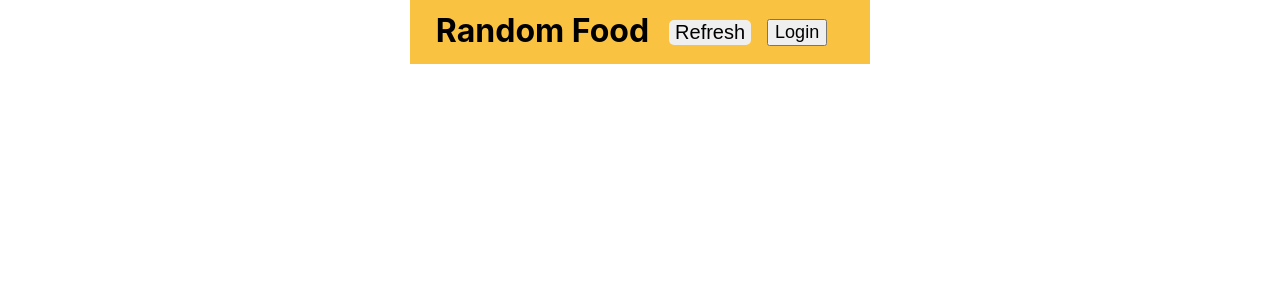
Repository: limjoohyun2030/random-food
Page: /random-food/home
These files come from the project's save history. The page is drawn as it stood at one moment and after the next save; the edit follows.
The browser window is 1280 px wide. The pictures show the whole page.
The page's requests for data from a server got no answer. The project was rebuilt for these pictures with package versions that can differ from the ones it lists, and the page was loaded fresh each time. A package was used in the major version that the imports need, not the one package.json lists. No one was signed in, and anything a server would have sent is missing. Also part of the build but not shown: src/components/food_detail/food_detail.module.css, src/components/food_detail/food_detail.jsx, src/components/food_item/food_item.module.css, src/components/food_item/food_item.jsx, src/components/login/login.module.css, src/components/login/login.jsx.

Above is the page before, as saved 2021-11-11 02:12:08.

### public/index.html
<!DOCTYPE html>
<html lang="en">
  <head>
    <meta charset="utf-8" />
    <link rel="icon" href="/images/foodIcon.ico" />
    <meta name="viewport" content="width=device-width, initial-scale=1" />
    <meta name="theme-color" content="#000000" />
    <meta
      name="description"
      content="Web site created using create-react-app"
    />

    <title>Random Food</title>
  </head>
  <body>
    <noscript>You need to enable JavaScript to run this app.</noscript>
    <div id="root"></div>
  </body>
</html>

### src/index.js
import React from "react";
import ReactDOM from "react-dom";
import "./index.css";
import App from "./app";
import AuthService from "./service/auth_service";

const authService = new AuthService();

ReactDOM.render(
  <React.StrictMode>
    <App authService={authService} />
  </React.StrictMode>,
  document.getElementById("root")
);

### src/index.css
body {
  margin: 0;
  padding: 0;
  font-family: -apple-system, BlinkMacSystemFont, "Segoe UI", "Roboto", "Oxygen",
    "Ubuntu", "Cantarell", "Fira Sans", "Droid Sans", "Helvetica Neue",
    sans-serif;
  -webkit-font-smoothing: antialiased;
  -moz-osx-font-smoothing: grayscale;
}

code {
  font-family: source-code-pro, Menlo, Monaco, Consolas, "Courier New",
    monospace;
}

* {
  box-sizing: border-box;
}

#root {
  display: flex;
  justify-content: center;
}

### src/app.jsx
import { useEffect, useState, useRef } from "react";
import { BrowserRouter, Route, Switch } from "react-router-dom";
import styles from "./app.module.css";
import FoodDetail from "./components/food_detail/food_detail";
import FoodList from "./components/food_list/food_list";
import Header from "./components/header/header";
import Login from "./components/login/login";


function App({ authService }) {
  const ref = useRef();
  const [foods, setFoods] = useState([]);
  const [isSelectedFood, setIsSelectedFood] = useState();
  const [isFoodOpen, setIsFoodOpen] = useState(false);
  const [isRefresh, setIsRefresh] = useState(false);

  const selectFood = (food) => {
    setIsSelectedFood(food);
  };

  const onRefreshClick = () => {
    setIsRefresh((oldstate) => !oldstate);
  };

  useEffect(() => {
    const myHeaders = new Headers();
    myHeaders.append("Content-Type", "application/json");

    const requestOptions = {
      method: "GET",
      headers: myHeaders,
      redirect: "follow",
    };

    fetch(
      "https://api.spoonacular.com/recipes/random?number=4&apiKey=92cedfb0b9e844679738e6c6c90cd453",
      requestOptions
    )
      .then((response) => response.json())
      .then((result) => setFoods(result.recipes))
      .catch((error) => console.log("error", error));
  }, [isRefresh]);

  useEffect(() => {
    const checkIfClickedOutside = (e) => {
      if (isFoodOpen && ref.current && !ref.current.contains(e.target)) {
        setIsFoodOpen(false);
      }
    };

    document.addEventListener("mousedown", checkIfClickedOutside);

    return () => {
      document.removeEventListener("mousedown", checkIfClickedOutside);
    };
  }, [isFoodOpen]);

  return (
    <div className={styles.app}>
      <BrowserRouter>
        <Switch>
          <Route
            exact
            path="/random-food/"
            render={() => <Login authService={authService} />}
          />

          <Route
            path="/random-food/home"
            render={() => (
              <div>
                <Header onRefreshClick={onRefreshClick} />
                <section>
                  <div className={styles.detail}>
                    {isFoodOpen && <FoodDetail food={isSelectedFood} />}
                  </div>

                  <div
                    className={styles.list}
                    onClick={() => setIsFoodOpen((oldstate) => !oldstate)}
                  >
                    <FoodList
                      foods={foods}
                      onFoodClick={selectFood}
                      ref={ref}
                    />
                  </div>
                </section>
              </div>
            )}
          />
          <Route path="*">
            <h2>Page Not Found</h2>
          </Route>
        </Switch>
      </BrowserRouter>
    </div>
  );
}

export default App;

### src/service/auth_service.js
import firebase from "firebase";
import firebaseApp from "./firebase";

class AuthService {
  login() {
    const authProvider = new firebase.auth.GoogleAuthProvider();
    return firebaseApp.auth().signInWithPopup(authProvider);
  }
}

export default AuthService;

### src/app.module.css
/* @value makerLightOrange from './common/colors.css'; */

.app {
  max-width: 100rem;
  /* background-image: url("https://image.freepik.com/free-photo/spaghetti-with-spicy-mixed-seafood-dark-background_1150-45297.jpg"); */
  background-repeat: no-repeat;
  background-size: 100vw 100vh;
}

.content {
  position: relative;
}

.detail {
  z-index: 2;
  /* margin: auto 0; */
  margin-top: 5px;
  height: 520px;
  width: auto;
  position: absolute;
  background-color: #dfe08e;
}

.list {
  /* visibility: hidden; */
  z-index: 1;
}

### src/components/food_list/food_list.jsx
import React from "react";
import FoodItem from "../food_item/food_item";
import styles from "./food_list.module.css";

const FoodList = React.forwardRef(({ foods, onFoodClick }, ref) => {
  return (
    <section>
      <ul className={styles.foods}>
        {foods &&
          foods.map((food) => (
            <FoodItem
              key={food.id}
              food={food}
              onFoodClick={onFoodClick}
              ref={ref}
            />
          ))}
      </ul>
      <div className={styles.sidebars}></div>
    </section>
  );
});

export default FoodList;

### src/components/header/header.jsx
import styles from "./header.module.css";
import React from "react";

const Header = ({ onRefreshClick }) => {
  return (
    <header className={styles.header}>
      <div className={styles.leftbox}>
        {/* <img
          className={styles.foodIcon}
          src="https://github.com/Sweetpotatopizza/random-food/blob/main/public/images/reloadIcon.png"
          alt="logo"
        /> */}
        <h1 className={styles.title}>Random Food</h1>
        <button className={styles.reloadBox} onClick={onRefreshClick}>
          Refresh
          {/* <img
            className={styles.reloadBtn}
            src="/images/reload.png"
            alt="reload"
          /> */}
        </button>
      </div>
      {/* fontawesome needed */}
      <div className={styles.rightbox}>
        {/* <button className={styles.like}>Like</button> */}
        <button className={styles.login}>Login</button>
      </div>
    </header>
  );
};

export default Header;

### src/service/firebase.js
// Import the functions you need from the SDKs you need
// import { initializeApp } from "firebase/app";
import firebase from "firebase";

// TODO: Add SDKs for Firebase products that you want to use
// https://firebase.google.com/docs/web/setup#available-libraries

// Your web app's Firebase configuration
// For Firebase JS SDK v7.20.0 and later, measurementId is optional
const firebaseConfig = {
  apiKey: process.env.REACT_APP_FIREBASE_API_KEY,
  authDomain: process.env.REACT_APP_FIREBASE_AUTH_DOMAIN,
  databaseURL: process.env.REACT_APP_FIREBASE_DB_URL,
  projectId: process.env.REACT_APP_FIREBASE_PROJECT_ID,
  appId: process.env.REACT_APP_FIREBASE_APP_ID,
};

// console.log(process.env.REACT_APP_FIREBASE_API_KEY);
// Initialize Firebase
const firebaseApp = firebase.initializeApp(firebaseConfig);
export default firebaseApp;

### src/components/food_list/food_list.module.css
.foods {
  display: flex;
  flex-wrap: wrap;
  list-style: none;
  justify-content: center;
  align-items: center;
  width: 80%;
  margin: 1em auto;
  padding: 0;
}

.sidebars {
  background-color: chartreuse;
}

@media screen and (max-width: 769px) {
  .foods {
    flex-direction: column;
    flex-wrap: nowrap;
    width: 100%;
  }
}

### src/components/header/header.module.css
/* @value makerOrange from '../../common/colors.css'; */

.header {
  display: flex;
  height: 4rem;
  padding: 0.8em 1em;
  background-color: #fac241;
  align-items: center;
  justify-content: space-between;
}

.leftbox {
  display: flex;
  align-items: center;
  margin-right: 1em;
}

.title {
  margin-top: 19px;
  margin-left: 10px;
}

.foodIcon {
  width: 50px;
  height: 50px;
}

.reloadBox {
  font-size: 20px;
  border-radius: 5px;
  border: none;
  margin-left: 1em;
  transition: transform 200ms ease-in-out;
}

.reloadBox:hover {
  cursor: pointer;
  transform: scale(1.07);
}

.reloadBtn {
  width: 40px;
  height: 40px;
}

.reloadBtn:hover {
  cursor: pointer;
  animation-name: spin;
  animation-duration: 2000ms;
  animation-iteration-count: infinite;
  animation-timing-function: linear;
}

@keyframes spin {
  from {
    transform: rotate(0deg);
  }
  to {
    transform: rotate(360deg);
  }
}

.like {
  margin-right: 1.5em;
  font-size: large;
  cursor: pointer;
  transition: transform 200ms ease-in-out;
}

.like:hover {
  transform: scale(1.07);
}

.login {
  margin-right: 1.5em;
  font-size: large;
  cursor: pointer;
  transition: transform 200ms ease-in-out;
}

.login:hover {
  transform: scale(1.07);
}

After the next save:
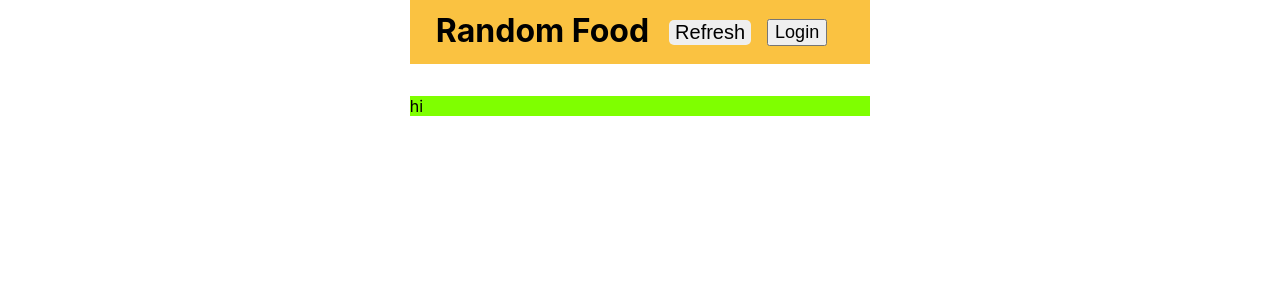
Saved 20 s later.
--- a/src/components/food_list/food_list.jsx
+++ b/src/components/food_list/food_list.jsx
@@ -16,7 +16,7 @@ const FoodList = React.forwardRef(({ foods, onFoodClick }, ref) => {
             />
           ))}
       </ul>
-      <div className={styles.sidebars}></div>
+      <div className={styles.sidebars}>hi</div>
     </section>
   );
 });
